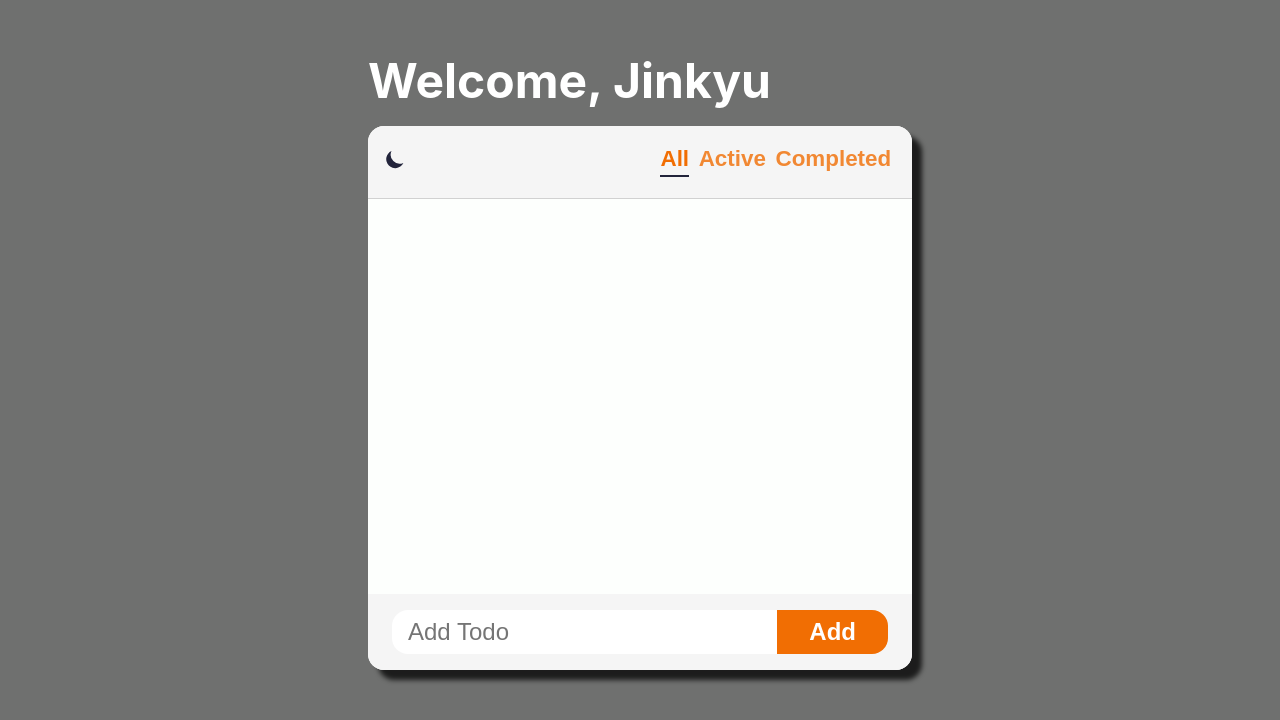
Repository: MrJinkyu/TodoList
Page: /
An editor plug-in stored every save of this project. The page is shown before and after the next save, followed by the edit.
The browser window is 1280 px wide. The pictures show the whole page.
The project was rebuilt for these pictures with package versions that can differ from the ones it lists, and the page was loaded fresh each time. Also part of the build but not shown: src/components/Todo.module.css, src/components/Todo.jsx.

Above is the page before, as saved 2023-05-01 16:07:28.

### src/index.js
import React from 'react';
import ReactDOM from 'react-dom/client';
import './index.css';
import App from './App';
import reportWebVitals from './reportWebVitals';
import Greeting from './components/Greeting';

const root = ReactDOM.createRoot(document.getElementById('root'));
root.render(
  <React.StrictMode>
    <Greeting/>
    <App />
  </React.StrictMode>
);

// If you want to start measuring performance in your app, pass a function
// to log results (for example: reportWebVitals(console.log))
// or send to an analytics endpoint. Learn more: https://bit.ly/CRA-vitals
reportWebVitals();

### src/index.css
:root{
  --color-body: #6f706f;
  --color-bg-dark:#f5f5f5;
  --color-bg: #fdfffd;
  --color-grey: #d1d1d1;
  --color-text: #22243b;
  --color-accent: #f16e03;
  --color-white: white;
  --color-scrollbar: #aaa7a7;
}

html.dark{
  --color-bg-dark: #1a1c35;
  --color-bg: #22243b;
  --color-grey: #4e4e4e;
  --color-text: #fdfffd;
}

*{
  box-sizing: border-box;
  padding: 0;
  margin: 0;
}

button{
  border: none;
  outline: none;
  cursor: pointer;
  background-color: transparent;
}

ul,li{
  list-style: none;
}

body {
  margin: 0;
  font-family: -apple-system, BlinkMacSystemFont, 'Segoe UI', 'Roboto', 'Oxygen',
    'Ubuntu', 'Cantarell', 'Fira Sans', 'Droid Sans', 'Helvetica Neue',
    sans-serif;
  -webkit-font-smoothing: antialiased;
  -moz-osx-font-smoothing: grayscale;
  width: 100vw;
  height: 100vh;
  display: flex;
  justify-content: center;
  align-items: center;
  background-color: var(--color-body);
  font-size: 1.2rem;
  accent-color: var(--color-accent);
}

code {
  font-family: source-code-pro, Menlo, Monaco, Consolas, 'Courier New',
    monospace;
}

::-webkit-scrollbar {
  width: 0.5rem
}

::-webkit-scrollbar-track {
  background-color: var(--color-bg-dark);
}

::-webkit-scrollbar-thumb {
  background-color: var(--color-scrollbar);
}

::-webkit-scrollbar-thumb:hover {
  background-color: var(--color-accent);
}

### src/App.js
import { useState } from "react";
import TodoList from "./components/TodoList";
import Header from "./components/Header";
import { DarkModeProvider } from "./context/DarkModeContext";
import './App.css';

const filters = ['all', 'active', 'completed'];
function App() {
  const [filter, setFilter] = useState(filters[0]);
  return (
    <div className="app">
    <DarkModeProvider>
      <Header filters={filters} filter={filter} onFilterChange={setFilter}/>
      <TodoList filter={filter}/>
    </DarkModeProvider>
    </div>
  );
}

export default App;

### src/components/Greeting.jsx
import React from 'react';
import styles from './Greeting.module.css';

export default function Greeting() {
    return (
        <h2 className={styles.greeting}>
            Welcome, Jinkyu
        </h2>
    );
}

### src/components/TodoList.jsx
import React, { useEffect, useState } from 'react';
import AddTodo from './AddTodo';
import Todo from './Todo';
import styles from './TodoList.module.css';

export default function TodoList({filter}) {
    const [todos, setTodos] = useState(readTodo);
    const handleAdd = (todo) => {
        setTodos([...todos, todo]);
    }
    const handleUpdate = (updated) => {
        setTodos(todos.map((todo) => todo.id === updated.id ? updated : todo));
    }
    const handleDelete = (deleted) => {
        setTodos(todos.filter((todo) => todo.id !== deleted.id));
    }
    const filtered = getFilteredItems(todos, filter);

    useEffect(()=>{
        localStorage.setItem('todos',JSON.stringify(todos));
    },[todos]);
    return (
        <section className={styles.container}>
            <ul className={styles.list}>
                {filtered.map((item) => (
                    <Todo
                        key={item.id}
                        todo={item}
                        onUpdate={handleUpdate}
                        onDelete={handleDelete}
                    />
                ))}
            </ul>
            <AddTodo onAdd={handleAdd}/>
        </section>
    );
}

function getFilteredItems(todos, filter){
    if(filter === 'all'){
        return todos;
    }
    return todos.filter((todo) => todo.status === filter);
}

function readTodo(){
    const todos = localStorage.getItem('todos');
    return todos ? JSON.parse(todos) : [];
}

### src/components/Header.jsx
import React from 'react';
import styles from './Header.module.css';
import { useDarkMode } from '../context/DarkModeContext';
import { HiMoon, HiSun } from 'react-icons/hi';

export default function Header({filters, filter, onFilterChange}) {
    const {darkMode, toggleDarkMode} = useDarkMode();

    return (
        <header className={styles.header}>
            <button className={styles.toggle} onClick={toggleDarkMode}>
                {!darkMode && <HiMoon></HiMoon>}
                {darkMode && <HiSun></HiSun>}
            </button>
            <ul className={styles.filters}>
                {filters.map((value,index) => (
                    <li key={index}>
                        <button
                            onClick={() => onFilterChange(value)}
                            className={`${styles.filter} ${filter === value && styles.selected}`}
                        >
                            {value}
                        </button>
                    </li>
                ))}
            </ul>
        </header>
    );
}

### src/context/DarkModeContext.jsx
const { createContext, useState, useContext } = require("react");

const DarkModeContext = createContext();

export function DarkModeProvider({children}){
    const [darkMode, setDarkMode] = useState(false);
    const toggleDarkMode = () => {
        setDarkMode(!darkMode);
        updateDarkMode(!darkMode);
    }

    return (
        <DarkModeContext.Provider value={{darkMode, toggleDarkMode}}>
            {children}
        </DarkModeContext.Provider>
    )
}

export const useDarkMode = () => useContext(DarkModeContext);

function updateDarkMode(darkMode){
    if(darkMode){
        document.documentElement.classList.add('dark');
    }else{
        document.documentElement.classList.remove('dark');
    }
}

### src/App.css
.app{
    overflow: hidden;
    display: flex;
    flex-direction: column;
    width: 34rem;
    height: 34rem;
    background-color: var(--color-bg);
    border-radius: 1rem;
    box-shadow: 10px 10px 5px 0px rgba(0,0,0,0.75);
  -webkit-box-shadow: 10px 10px 5px 0px rgba(0,0,0,0.75);
  -moz-box-shadow: 10px 10px 5px 0px rgba(0,0,0,0.75);
  }

### src/components/Greeting.module.css
.greeting{
    color: var(--color-white);
    font-size: 3rem;
    margin-bottom: 1rem;
}

### src/components/AddTodo.jsx
import React, { useState } from 'react';
import {v4 as uuidv4} from 'uuid';
import styles from './AddTodo.module.css';

export default function AddTodo({onAdd}) {
    const [text, setText] = useState('');
    const handleChange = (e) => {
        setText(e.target.value);
    }
    const handleSubmit = (e) => {
        e.preventDefault();
        if(text.trim().length === 0){
            return ;
        }
        onAdd({ id: uuidv4(), text, status: 'active' });
        setText('');
    }
    return (
        <form className={styles.form} onSubmit={handleSubmit}>
            <input
                className={styles.input}
                type="text"
                value={text}
                onChange={handleChange}
                placeholder='Add Todo'
            />
            <button className={styles.button}>Add</button>
        </form>
    );
}

### src/components/TodoList.module.css
.container{
    height: 100%;
    display: flex;
    flex-direction: column;
    min-height: 0;
}

.list{
    flex: 1 1 auto;
    padding: 0.7rem 1rem;
    overflow-y: auto;
}

### src/components/Header.module.css
.header{
    background-color: var(--color-bg-dark);
    display: flex;
    justify-content: space-between;
    align-items: center;
    padding: 1rem;
    border-bottom: 1px solid var(--color-grey);
}

.toggle{
    font-size: 1.4rem;
    color: var(--color-text);
    transition: all 150ms ease-out;
}

.toggle:hover{
    color: var(--color-accent);
    transform: scale(1.1);
}

.filters{
    display: flex;
}

.filter{
    margin: 0.3rem;
    font-size: 1.4rem;
    color: var(--color-accent);
    font-weight: bold;
    opacity: 0.8;
    text-transform: capitalize;
}

.filter:hover,
.filter.selected{
    opacity: 1;
}

.filter.selected::after{
    content: '';
    display: block;
    margin-top: 0.2rem;
    border: 1px solid var(--color-text);
}

### src/components/AddTodo.module.css
.form{
    width: 100%;
    display: flex;
    padding: 1rem 1.5rem;
    background-color: var(--color-bg-dark);
}

.input{
    font-size: 1.5rem;
    border: none;
    outline: none;
    padding: 0.5rem 1rem;
    flex: 1 0 auto;
    border-top-left-radius: 1rem;
    border-bottom-left-radius: 1rem;
}

.button{
    padding: 0 2rem;
    font-size: 1.5rem;
    font-weight: bold;
    background-color: var(--color-accent);
    color: var(--color-white);
    border-top-right-radius: 1rem;
    border-bottom-right-radius: 1rem;
}

.button:hover{
    filter: brightness(125%);
}

Loaded but not shown: public/index.html (common file); src/reportWebVitals.js (common file)

After the next save:
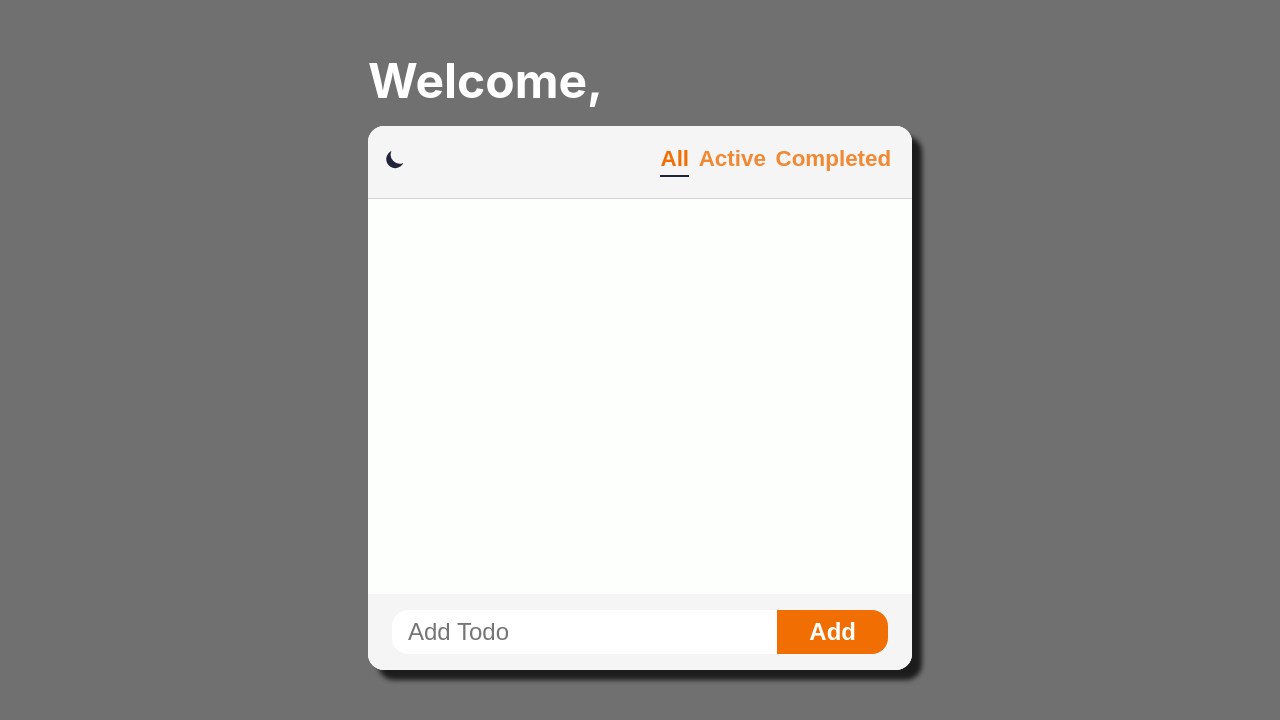
Saved 27 s later.
--- a/src/components/Greeting.jsx
+++ b/src/components/Greeting.jsx
@@ -4,7 +4,7 @@ import styles from './Greeting.module.css';
 export default function Greeting() {
     return (
         <h2 className={styles.greeting}>
-            Welcome, Jinkyu
+            Welcome, <span className={styles.name}></span>
         </h2>
     );
 }
